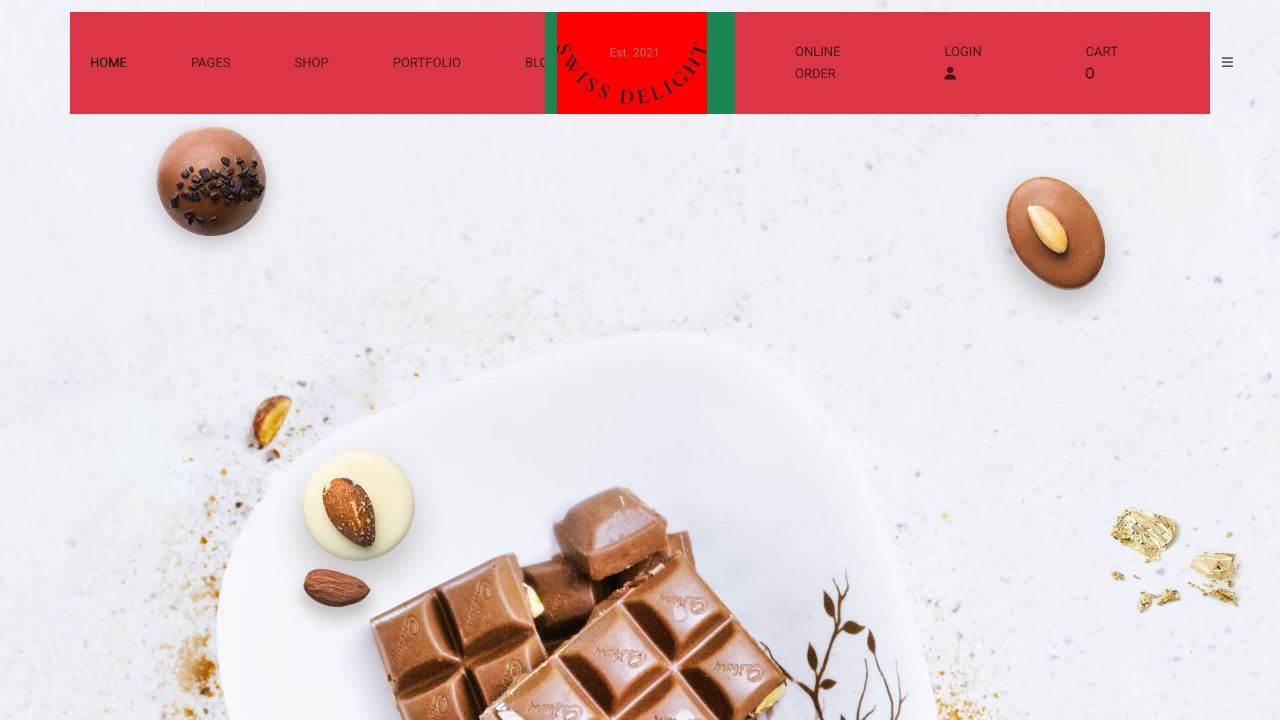
Repository: HadelAbdellatif/Project1
Page: index.html
An editor plug-in stored every save of this project. The page is shown before and after the next save, followed by the edit.
The browser window is 1280 px wide. The pictures show the whole page.

Above is the page before, as saved 2023-10-13 22:33:44.
Console error: TypeError: Cannot read properties of null (reading 'addEventListener')

### index.html
<!doctype html>
<html lang="en">

<head>
  <meta charset="utf-8">
  <meta name="viewport" content="width=device-width, initial-scale=1">
  <title>Bootstrap demo</title>

  <!-- Bootsrap 5.3 -->
  <link href="assets/css/bootstrap.min.css" rel="stylesheet">


  <!-- fontawesome 6.4 -->
  <link href="assets/css/all.min.css" rel="stylesheet">

  <!-- Custom css -->
  <link href="assets/css/style.css" rel="stylesheet">

  <!-- Media -->
  <link href="assets/css/media.css" rel="stylesheet">


</head>

<body>

  <!-- Start Navbar -->

  <nav class="navbar navbar-expand-lg bg-transparent fixed-top">
    <div class="container bg-danger ">
      <div class="collapse navbar-collapse" id="navbarSupportedContent">

        <div class="row d-flex">
          <div class="col-md-5 d-flex">
            <ul class="navbar-nav mb-2 mb-lg-0 gap-5 justify-content-center align-items-center">
              <li class="nav-item">
                <a class="nav-link active" aria-current="page" href="#home">HOME</a>
              </li>
              <li class="nav-item">
                <a class="nav-link" href="#pages">PAGES</a>
              </li>
              <li class="nav-item">
                <a class="nav-link" href="#shop">SHOP</a>
              </li>
              <li class="nav-item">
                <a class="nav-link" href="#portfolio">PORTFOLIO</a>
              </li>
              <li class="nav-item">
                <a class="nav-link pe-3" href="#blog">BLOG</a>
              </li>
            </ul>
          </div>

          <div class="col-md-2 bg-success pt-0">
            <a class="nav-item">
              <img src="assets/img/logo-swiss-1.png" width="150px" height="92px" class="ps-0 img-fluid" alt="Logo" />
            </a>
          </div>

          <div class="col-md-5 d-flex">
            <ul class="navbar-nav ms-auto mb-2 mb-lg-0 gap-5 justify-content-center align-items-center">
              <li class="nav-item">
                <a class="nav-link ps-5" href="#onlineOrder">ONLINE ORDER</a>
              </li>
              <li class="nav-item">
                <a class="nav-link ps-5" href="#login">
                  <span>LOGIN</span>
                  <i class="fa-solid fa-user"></i>
                </a>
              </li>
              <li class="nav-item">
                <a class="nav-link ps-5" href="#cart">
                  <span>CART</span>
                  <i class="fa-solid fa-0"></i>
                </a>
              </li>
              <li class="nav-item">
                <a class="nav-link ps-5" href="#more"><i class="fa-solid fa-bars"></i></a>
              </li>
            </ul>
          </div>

        </div>

      </div>
    </div>
  </nav>

  <!-- End of Navbar -->

  <!-- Start header section -->

  <header class="vh-100">

  </header>

  <!-- End header section -->




  <!-- Bootstrap 5.3 -->
  <script src="assets/js/bootstrap.bundle.min.js"></script>

  <!-- Java Script -->
  <script src="assets/JavaScript/JavaScript.js"></script>
</body>

</html>

### assets/css/style.css
/* font-family: 'Heebo', sans-serif; */
@import url('https://fonts.googleapis.com/css2?family=Heebo&display=swap');

/* font-family: 'Cormorant', serif; */
@import url('https://fonts.googleapis.com/css2?family=Cormorant:ital,wght@0,300;1,300&family=Heebo&display=swap');

/* main color */
:root{
    --main-color: #241c10;
}

.bg-main-color{
    background-color: #988779;
}

.text-main-color{
    color: var(--main-color);
}

.border-main-color{
    border-color: var(--main-color)  !important;
}

/* Start Navbar */

.navbar{
    font-family: 'Heebo', sans-serif;
    font-weight: 400;
    font-size: 13px;
    line-height: 22px;
    color: var(--main-color);
    height: 125px;
}

.navbar img{
    padding-bottom: 10px;
    background-color: red !important;
}


/* End Navbar */

/* Start header */

header{
    background-image: url('../img/h1-rev-img1-2.jpg');
    background-size: cover;
    background-repeat: no-repeat;
    background-position: center;
}

/* End header */

### assets/css/media.css
@media (max-width:991px){

    .nav-item{
        width: fit-content;
    }

}

@media (max-width:768px){

    .about .count{
        border: none !important;
    }

    .cv .download{
        text-align: center !important;
        margin-bottom: 2rem !important;
    }

    .cv .brands{
        justify-content: center !important;
    }
}


@media (max-width:568px){

    header{
        background-position-x:-235px;
    }

    .header-content{
        align-items: start !important;
    }

    h1{
        font-size: 45px;
    }

    .contact p, .contact form{
        width: 100% !important;
    }

}

### assets/JavaScript/JavaScript.js
// *************  Start Loading ************* //

const loading = document.querySelector('.loading');

window.addEventListener('load', function(){
     this.setTimeout(function(){
        loading.classList.add('opacity-0', 'invisible');
        document.body.style.overflow = 'auto';
     }, 2000)
})

// *************  End of Loading ************* //

// *************  Start scroll-to-top ************* //

const ScrollToTop = document.querySelector('.scroll-to-top');
const aboutSection = document.querySelector('.about');

ScrollToTop.addEventListener('click', function(){
    window.scroll({
        top:0,
        behavior:"smooth"
    })
})

// *************  End scroll-to-top ************* //

// *************  Start Navbar ************* //

const navbar = document.querySelector('.navbar');
const headerContenth = document.querySelector('.header-content h3');

navbar.style.transition = '0.4s background-color';

window.addEventListener('scroll', function(){
    if(window.scrollY > headerContenth.offsetTop){
         navbar.style.backgroundColor = "#fff";
    }
    else{
        navbar.style.backgroundColor = "transparent";
    }
    if(window.scrollY > aboutSection.offsetTop){
        ScrollToTop.classList.remove('opacity-0', 'invisible');
    }
    else{
        ScrollToTop.classList.add('opacity-0', 'invisible');
    }
})

// *************  End of Navbar ************* //

// *************  Start Links ************* //

const NavLinks = document.querySelectorAll('.nav-link');

for(let i=0 ; i<NavLinks.length ; i++){
    NavLinks[i].addEventListener('click', function(e){
        e.preventDefault();

        document.querySelector('.nav-link.active').classList.remove('active');

       // for(let j=0 ; j<NavLinks.length ; j++){
        //    NavLinks[j].classList.remove('active');
       // }

        NavLinks[i].classList.add('active');
        let currentID = this.getAttribute('href');
        let targerSection = document.querySelector(currentID);
        window.scroll({
            top:targerSection.offsetTop,
            behavior:"smooth"
        })
    })
}

// *************  End of Links ************* //

Loaded but not shown: assets/css/bootstrap.min.css (library); assets/css/all.min.css (library); assets/js/bootstrap.bundle.min.js (library)

After the next save:
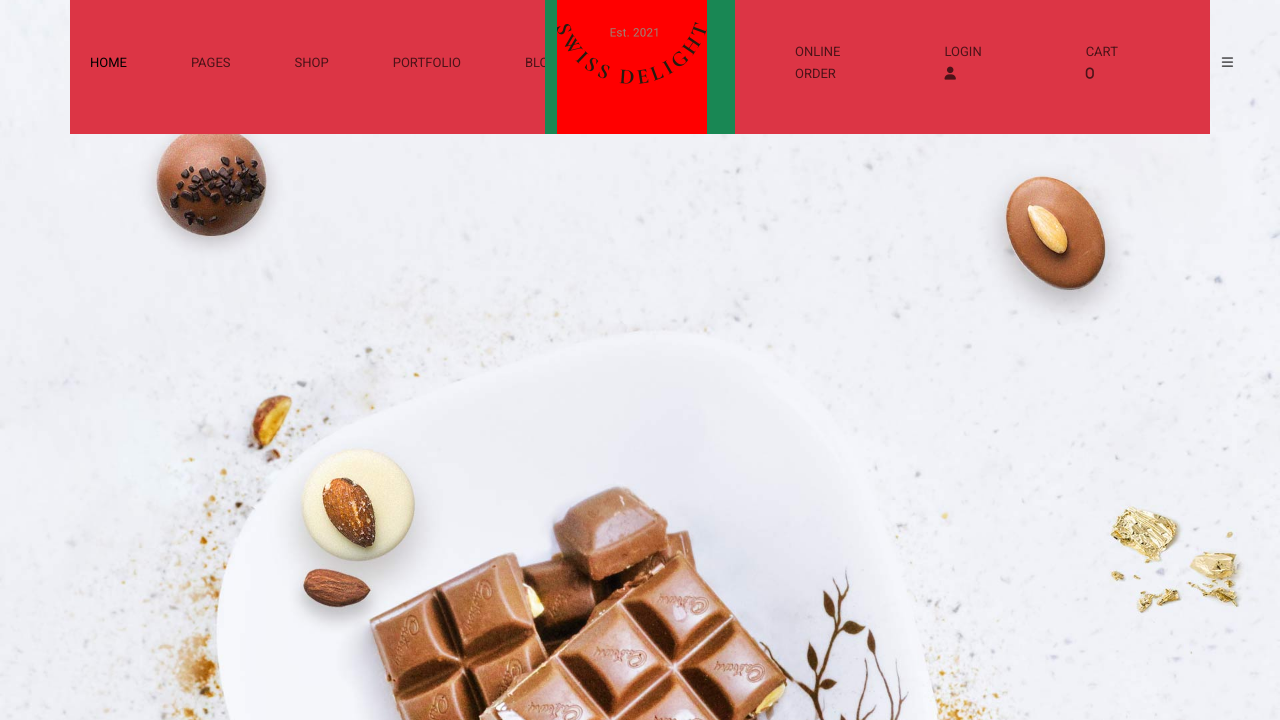
Saved 10 s later.
--- a/assets/css/style.css
+++ b/assets/css/style.css
@@ -33,7 +33,7 @@
 }
 
 .navbar img{
-    padding-bottom: 10px;
+    padding-bottom: 50px;
     background-color: red !important;
 }
 
